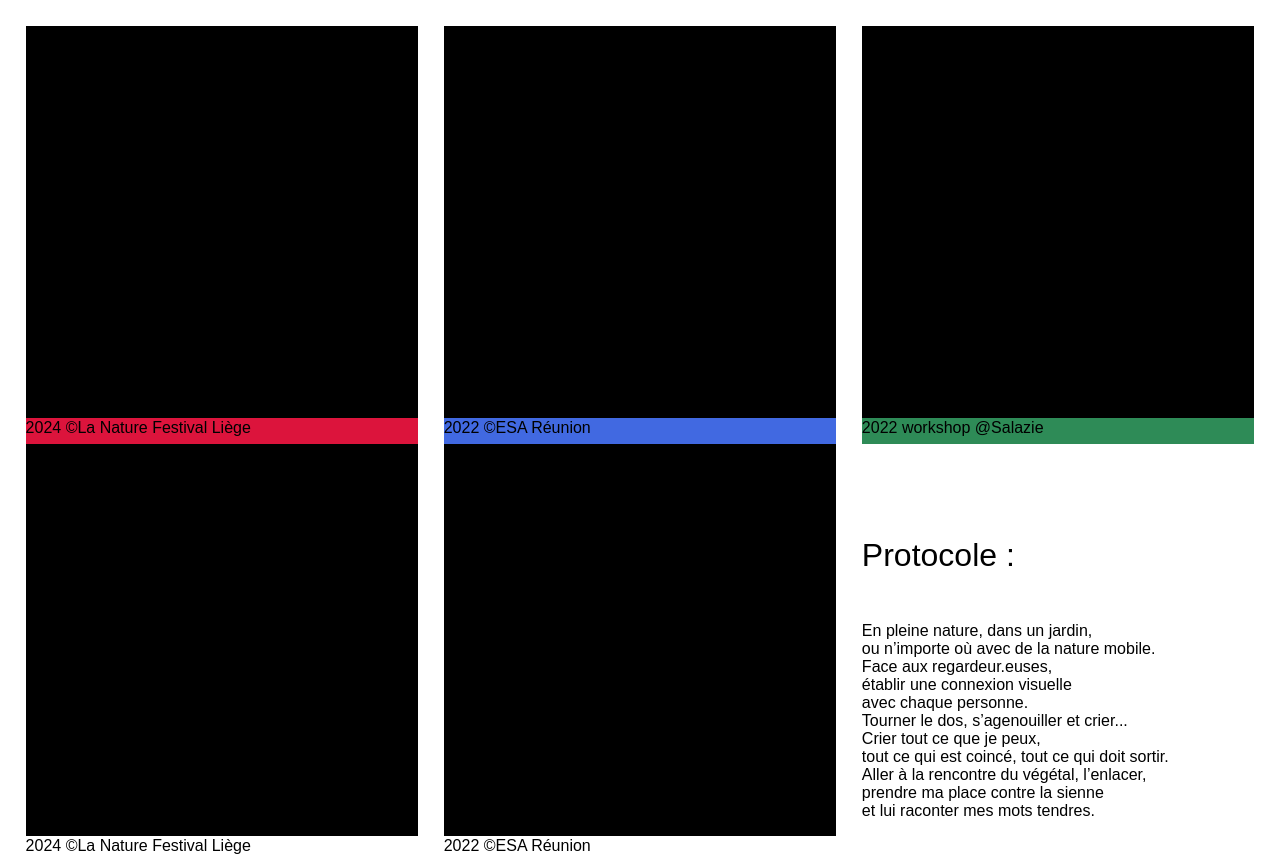
Repository: brunrhb/oce-p
Page: index.html
An editor plug-in stored every save of this project. The page is shown before and after the next save, followed by the edit.
The browser window is 1280 px wide. The pictures show the whole page.

Above is the page before, as saved 2025-06-04 17:16:12.

After the next save:
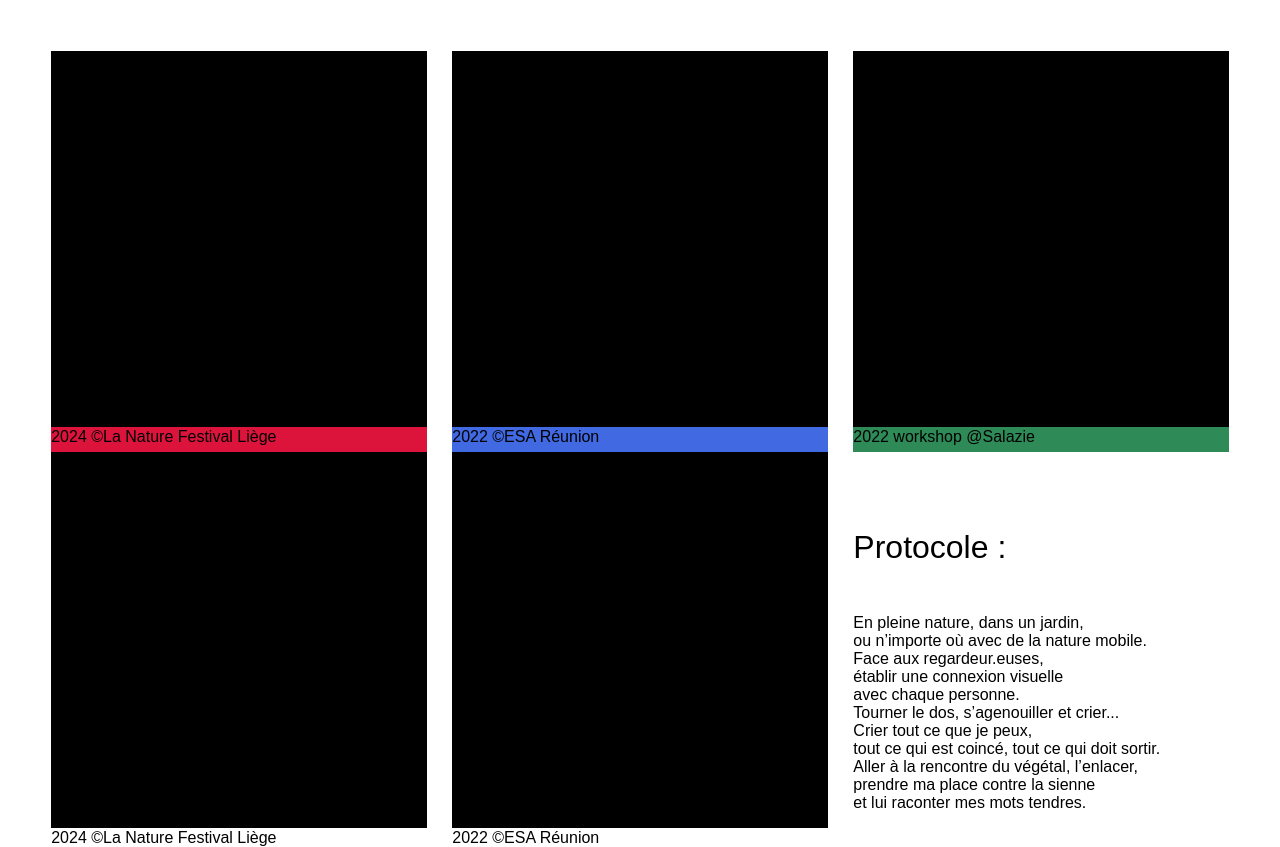
Saved 5 min 18 s later.
--- a/styles.css
+++ b/styles.css
@@ -5,16 +5,15 @@ body {
 
 /* #region PROJET1 LIASONS VEGETALES*/
 
+/* 1 grille et colonnes */
+
 .grid-p1s1 {
   display: grid;
   grid-template-columns: 1fr 1fr 1fr;
   height: calc(100vh - 4vw);
-  padding: 2vw;
+  padding: 4vw;
   column-gap: 2vw;
 }
-
-
-
 
 .col-p1s1-1 {
   display: flex;
@@ -45,7 +44,7 @@ body {
 }
 
 
-
+/* 2 blocks et elements */
 
 .media-block {
   display: block;
